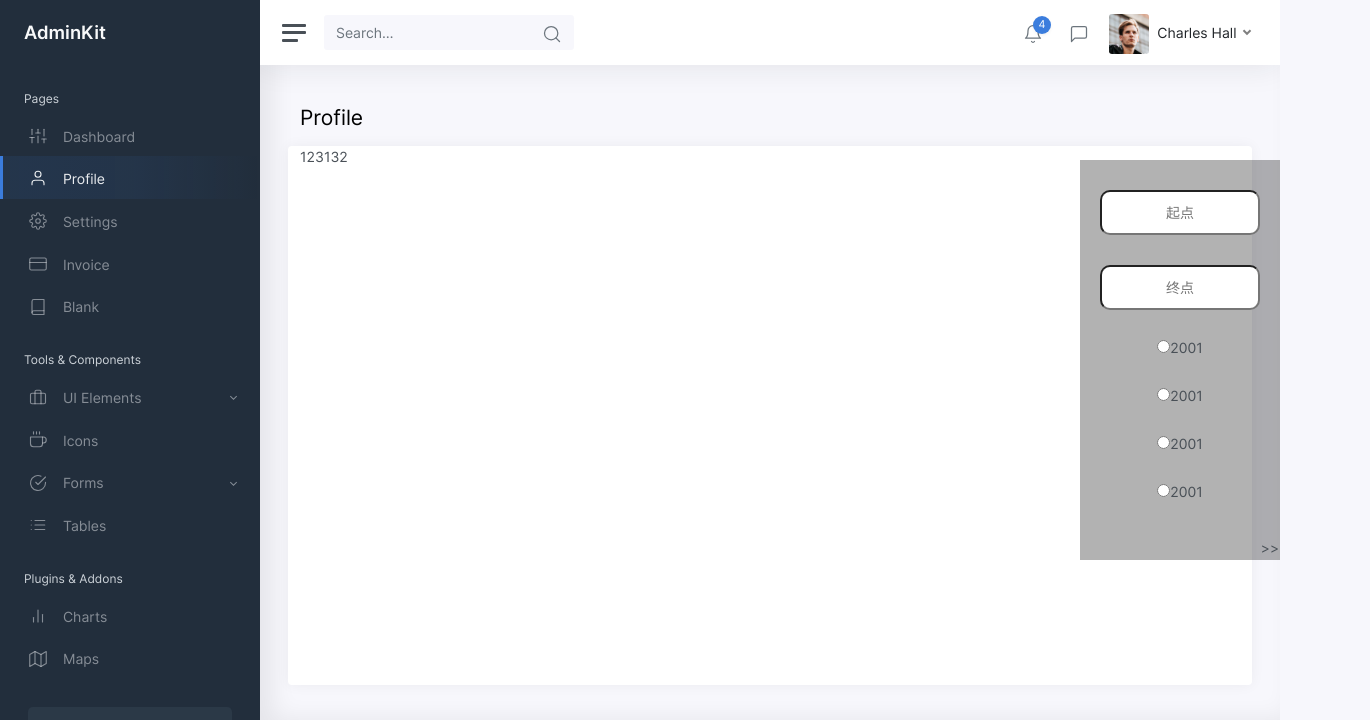
Repository: yuwei0922/WHURS-WGIS
Page: final_project/pages-profile.html
The author's editor kept a copy of each file at every save. The page is drawn from the files as they stood at one save, then again after the next save.
The browser window is 1280 px wide. The page is 1370 px wide, then 1280 px, so the pictures cover 1370 px, including what lies to the right of the window. The pictures show the whole page.

Above is the page before, as saved 2022-12-21 21:10:52.
Not found: final_project/js/vendor.js

### final_project/pages-profile.html
<!DOCTYPE html>
<html lang="en">

<head>
	<meta charset="utf-8">
	<meta http-equiv="X-UA-Compatible" content="IE=edge">
	<meta name="viewport" content="width=device-width, initial-scale=1, shrink-to-fit=no">
	<meta name="description" content="Responsive Web UI Kit &amp; Dashboard Template based on Bootstrap">
	<meta name="author" content="AdminKit">
	<meta name="keywords" content="adminkit, bootstrap, web ui kit, dashboard template, admin template">
	<link rel="shortcut icon" href="img/icons/icon-48x48.png" />
	<title>Profile</title>
	<link href="css/app.css" rel="stylesheet">
	<link rel="stylesheet" href="css/content.css">
</head>

<body>
	<div class="wrapper" style="position: relative;">
		<nav id="sidebar" class="sidebar">
			<div class="sidebar-content js-simplebar">
				<a class="sidebar-brand" href="index.html">
          <span class="align-middle">AdminKit</span>
        </a>

				<ul class="sidebar-nav">
					<li class="sidebar-header">
						Pages
					</li>

					<li class="sidebar-item">
						<a class="sidebar-link" href="index.html">
              <i class="align-middle" data-feather="sliders"></i> <span class="align-middle">Dashboard</span>
            </a>
					</li>

					<li class="sidebar-item active">
						<a class="sidebar-link" href="pages-profile.html">
              <i class="align-middle" data-feather="user"></i> <span class="align-middle">Profile</span>
            </a>
					</li>

					<li class="sidebar-item">
						<a class="sidebar-link" href="pages-settings.html">
              <i class="align-middle" data-feather="settings"></i> <span class="align-middle">Settings</span>
            </a>
					</li>

					<li class="sidebar-item">
						<a class="sidebar-link" href="pages-invoice.html">
              <i class="align-middle" data-feather="credit-card"></i> <span class="align-middle">Invoice</span>
            </a>
					</li>

					<li class="sidebar-item">
						<a class="sidebar-link" href="pages-blank.html">
              <i class="align-middle" data-feather="book"></i> <span class="align-middle">Blank</span>
            </a>
					</li>

					<li class="sidebar-header">
						Tools & Components
					</li>
					<li class="sidebar-item">
						<a href="#ui" data-toggle="collapse" class="sidebar-link collapsed">
              <i class="align-middle" data-feather="briefcase"></i> <span class="align-middle">UI Elements</span>
            </a>
						<ul id="ui" class="sidebar-dropdown list-unstyled collapse " data-parent="#sidebar">
							<li class="sidebar-item"><a class="sidebar-link" href="ui-alerts.html">Alerts</a></li>
							<li class="sidebar-item"><a class="sidebar-link" href="ui-buttons.html">Buttons</a></li>
							<li class="sidebar-item"><a class="sidebar-link" href="ui-cards.html">Cards</a></li>
							<li class="sidebar-item"><a class="sidebar-link" href="ui-general.html">General</a></li>
							<li class="sidebar-item"><a class="sidebar-link" href="ui-grid.html">Grid</a></li>
							<li class="sidebar-item"><a class="sidebar-link" href="ui-modals.html">Modals</a></li>
							<li class="sidebar-item"><a class="sidebar-link" href="ui-typography.html">Typography</a></li>
						</ul>
					</li>

					<li class="sidebar-item">
						<a class="sidebar-link" href="icons-feather.html">
              <i class="align-middle" data-feather="coffee"></i> <span class="align-middle">Icons</span>
            </a>
					</li>

					<li class="sidebar-item">
						<a href="#forms" data-toggle="collapse" class="sidebar-link collapsed">
              <i class="align-middle" data-feather="check-circle"></i> <span class="align-middle">Forms</span>
            </a>
						<ul id="forms" class="sidebar-dropdown list-unstyled collapse " data-parent="#sidebar">
							<li class="sidebar-item"><a class="sidebar-link" href="forms-layouts.html">Form Layouts</a></li>
							<li class="sidebar-item"><a class="sidebar-link" href="forms-basic-inputs.html">Basic Inputs</a></li>
						</ul>
					</li>

					<li class="sidebar-item">
						<a class="sidebar-link" href="tables-bootstrap.html">
              <i class="align-middle" data-feather="list"></i> <span class="align-middle">Tables</span>
            </a>
					</li>

					<li class="sidebar-header">
						Plugins & Addons
					</li>

					<li class="sidebar-item">
						<a class="sidebar-link" href="charts-chartjs.html">
              <i class="align-middle" data-feather="bar-chart-2"></i> <span class="align-middle">Charts</span>
            </a>
					</li>

					<li class="sidebar-item">
						<a class="sidebar-link" href="maps-google.html">
              <i class="align-middle" data-feather="map"></i> <span class="align-middle">Maps</span>
            </a>
					</li>
				</ul>

				<div class="sidebar-cta">
					<div class="sidebar-cta-content">
						<strong class="d-inline-block mb-2">Upgrade to Pro</strong>
						<div class="mb-3 text-sm">
							Are you looking for more components?
						</div>
						<a href="#" target="_blank" class="btn btn-outline-primary btn-block">Upgrade</a>
					</div>
				</div>
			</div>
		</nav>
		<div class="main">
			<nav class="navbar navbar-expand navbar-light navbar-bg">
				<a class="sidebar-toggle d-flex">
          <i class="hamburger align-self-center"></i>
        </a>

				<form class="form-inline d-none d-sm-inline-block">
					<div class="input-group input-group-navbar">
						<input type="text" class="form-control" placeholder="Search…" aria-label="Search">
						<div class="input-group-append">
							<button class="btn" type="button">
                <i class="align-middle" data-feather="search"></i>
              </button>
						</div>
					</div>
				</form>

				<div class="navbar-collapse collapse">
					<ul class="navbar-nav navbar-align">
						<li class="nav-item dropdown">
							<a class="nav-icon dropdown-toggle" href="#" id="alertsDropdown" data-toggle="dropdown">
								<div class="position-relative">
									<i class="align-middle" data-feather="bell"></i>
									<span class="indicator">4</span>
								</div>
							</a>
							<div class="dropdown-menu dropdown-menu-lg dropdown-menu-right py-0" aria-labelledby="alertsDropdown">
								<div class="dropdown-menu-header">
									4 New Notifications
								</div>
								<div class="list-group">
									<a href="#" class="list-group-item">
										<div class="row no-gutters align-items-center">
											<div class="col-2">
												<i class="text-danger" data-feather="alert-circle"></i>
											</div>
											<div class="col-10">
												<div class="text-dark">Update completed</div>
												<div class="text-muted small mt-1">Restart server 12 to complete the update.</div>
												<div class="text-muted small mt-1">30m ago</div>
											</div>
										</div>
									</a>
									<a href="#" class="list-group-item">
										<div class="row no-gutters align-items-center">
											<div class="col-2">
												<i class="text-warning" data-feather="bell"></i>
											</div>
											<div class="col-10">
												<div class="text-dark">Lorem ipsum</div>
												<div class="text-muted small mt-1">Aliquam ex eros, imperdiet vulputate hendrerit et.</div>
												<div class="text-muted small mt-1">2h ago</div>
											</div>
										</div>
									</a>
									<a href="#" class="list-group-item">
										<div class="row no-gutters align-items-center">
											<div class="col-2">
												<i class="text-primary" data-feather="home"></i>
											</div>
											<div class="col-10">
												<div class="text-dark">Login from 192.186.1.8</div>
												<div class="text-muted small mt-1">5h ago</div>
											</div>
										</div>
									</a>
									<a href="#" class="list-group-item">
										<div class="row no-gutters align-items-center">
											<div class="col-2">
												<i class="text-success" data-feather="user-plus"></i>
											</div>
											<div class="col-10">
												<div class="text-dark">New connection</div>
												<div class="text-muted small mt-1">Christina accepted your request.</div>
												<div class="text-muted small mt-1">14h ago</div>
											</div>
										</div>
									</a>
								</div>
								<div class="dropdown-menu-footer">
									<a href="#" class="text-muted">Show all notifications</a>
								</div>
							</div>
						</li>
						<li class="nav-item dropdown">
							<a class="nav-icon dropdown-toggle" href="#" id="messagesDropdown" data-toggle="dropdown">
								<div class="position-relative">
									<i class="align-middle" data-feather="message-square"></i>
								</div>
							</a>
							<div class="dropdown-menu dropdown-menu-lg dropdown-menu-right py-0" aria-labelledby="messagesDropdown">
								<div class="dropdown-menu-header">
									<div class="position-relative">
										4 New Messages
									</div>
								</div>
								<div class="list-group">
									<a href="#" class="list-group-item">
										<div class="row no-gutters align-items-center">
											<div class="col-2">
												<img src="img/avatars/avatar-5.jpg" class="avatar img-fluid rounded-circle" alt="Vanessa Tucker">
											</div>
											<div class="col-10 pl-2">
												<div class="text-dark">Vanessa Tucker</div>
												<div class="text-muted small mt-1">Nam pretium turpis et arcu. Duis arcu tortor.</div>
												<div class="text-muted small mt-1">15m ago</div>
											</div>
										</div>
									</a>
									<a href="#" class="list-group-item">
										<div class="row no-gutters align-items-center">
											<div class="col-2">
												<img src="img/avatars/avatar-2.jpg" class="avatar img-fluid rounded-circle" alt="William Harris">
											</div>
											<div class="col-10 pl-2">
												<div class="text-dark">William Harris</div>
												<div class="text-muted small mt-1">Curabitur ligula sapien euismod vitae.</div>
												<div class="text-muted small mt-1">2h ago</div>
											</div>
										</div>
									</a>
									<a href="#" class="list-group-item">
										<div class="row no-gutters align-items-center">
											<div class="col-2">
												<img src="img/avatars/avatar-4.jpg" class="avatar img-fluid rounded-circle" alt="Christina Mason">
											</div>
											<div class="col-10 pl-2">
												<div class="text-dark">Christina Mason</div>
												<div class="text-muted small mt-1">Pellentesque auctor neque nec urna.</div>
												<div class="text-muted small mt-1">4h ago</div>
											</div>
										</div>
									</a>
									<a href="#" class="list-group-item">
										<div class="row no-gutters align-items-center">
											<div class="col-2">
												<img src="img/avatars/avatar-3.jpg" class="avatar img-fluid rounded-circle" alt="Sharon Lessman">
											</div>
											<div class="col-10 pl-2">
												<div class="text-dark">Sharon Lessman</div>
												<div class="text-muted small mt-1">Aenean tellus metus, bibendum sed, posuere ac, mattis non.</div>
												<div class="text-muted small mt-1">5h ago</div>
											</div>
										</div>
									</a>
								</div>
								<div class="dropdown-menu-footer">
									<a href="#" class="text-muted">Show all messages</a>
								</div>
							</div>
						</li>
						<li class="nav-item dropdown">
							<a class="nav-icon dropdown-toggle d-inline-block d-sm-none" href="#" data-toggle="dropdown">
                <i class="align-middle" data-feather="settings"></i>
              </a>

							<a class="nav-link dropdown-toggle d-none d-sm-inline-block" href="#" data-toggle="dropdown">
                <img src="img/avatars/avatar.jpg" class="avatar img-fluid rounded mr-1" alt="Charles Hall" /> <span class="text-dark">Charles Hall</span>
              </a>
							<div class="dropdown-menu dropdown-menu-right">
								<a class="dropdown-item" href="pages-profile.html"><i class="align-middle mr-1" data-feather="user"></i> Profile</a>
								<a class="dropdown-item" href="#"><i class="align-middle mr-1" data-feather="pie-chart"></i> Analytics</a>
								<div class="dropdown-divider"></div>
								<a class="dropdown-item" href="pages-settings.html"><i class="align-middle mr-1" data-feather="settings"></i> Settings & Privacy</a>
								<a class="dropdown-item" href="#"><i class="align-middle mr-1" data-feather="help-circle"></i> Help Center</a>
								<div class="dropdown-divider"></div>
								<a class="dropdown-item" href="#">Log out</a>
							</div>
						</li>
					</ul>
				</div>
			</nav>
			<main class="content">
				<div class="container-fluid p-0 map-background">
					<h1 class="h3 mb-3">Profile</h1>
					<div class="row map-background">
						<div class="card col-12 mapcontent">123132</div>
					</div>
				</div>
			</main>
		</div>
	<div class="select-contronller">
		<form action="">
		<input type="text" placeholder="起点" name="ori" class="input-right">
		<input type="text" placeholder="终点" name="des" class="input-right">
		<br>
		<input type="radio" name="year" id="year" value="2001" class="radiosel">2001
		<br>
		<input type="radio" name="year" id="year" value="2001" class="radiosel">2001
		<br>
		<input type="radio" name="year" id="year" value="2001" class="radiosel">2001
		<br>
		<input type="radio" name="year" id="year" value="2001" class="radiosel">2001
		</form>
		<div class="changedis" >>></div>
	</div>
	</div>
	<script src="js/vendor.js"></script>
	<script src="js/app.js"></script>
</body>

</html>

### final_project/css/content.css
.map-background{
    height:100%;
}

.mapcontent{
    height: 90%;
}

.select-contronller{
    position: absolute;
    height: 400px;
    top: 50%;
    right: 0;
    transform: translateY(-50%);
    background-color:rgba(0,0,0,0.3) ;
    text-align: center;
    width: 200px;
}

.input-right{
    margin-top: 30px;
    width: 80%;
    text-align: center;
    border-radius:10px;
    height: 45px;
}



.radiosel{
    margin-top: 30px;
}

.changedis{
    position: absolute;
    bottom: 2px;
    width: 100%;
    left: 45%;
}

Loaded but not shown: final_project/css/app.css (library); final_project/js/app.js (library)

After the next save:
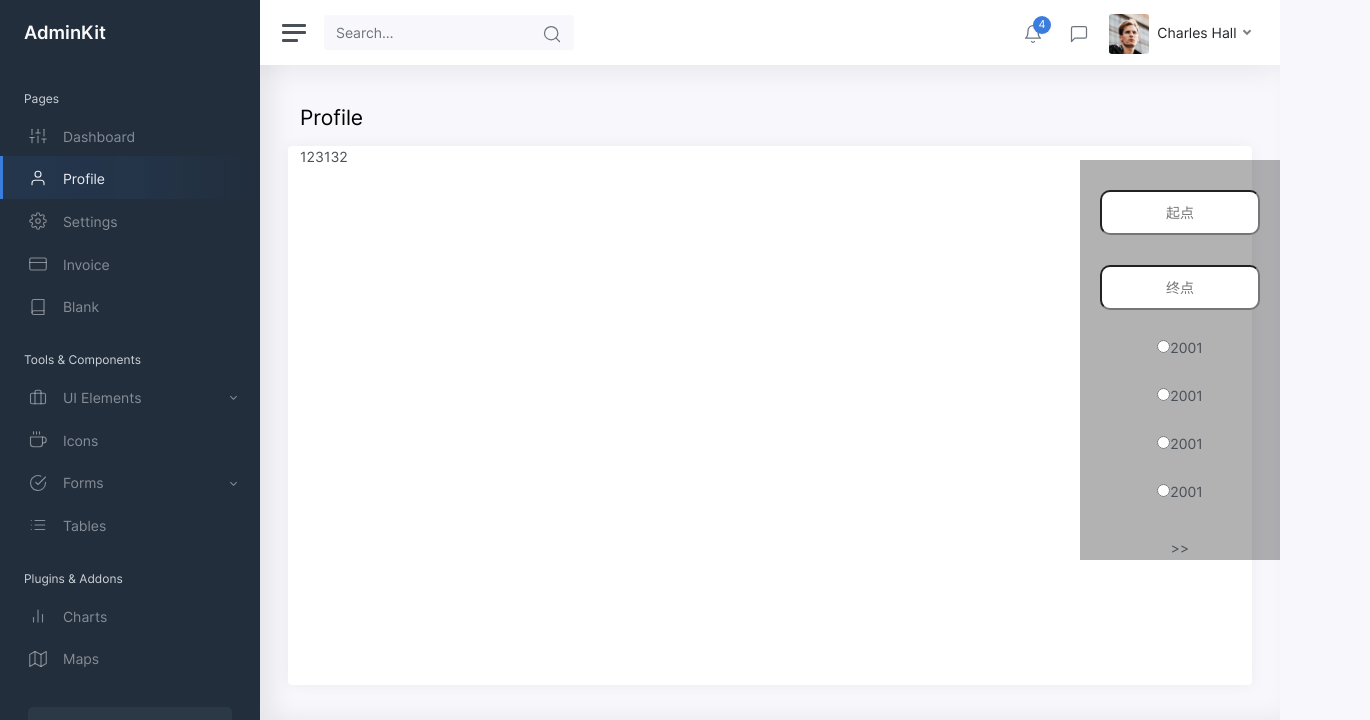
Saved 20 s later.
--- a/final_project/css/content.css
+++ b/final_project/css/content.css
@@ -35,5 +35,5 @@
     position: absolute;
     bottom: 2px;
     width: 100%;
-    left: 45%;
+    margin: 0 auto;
 }
